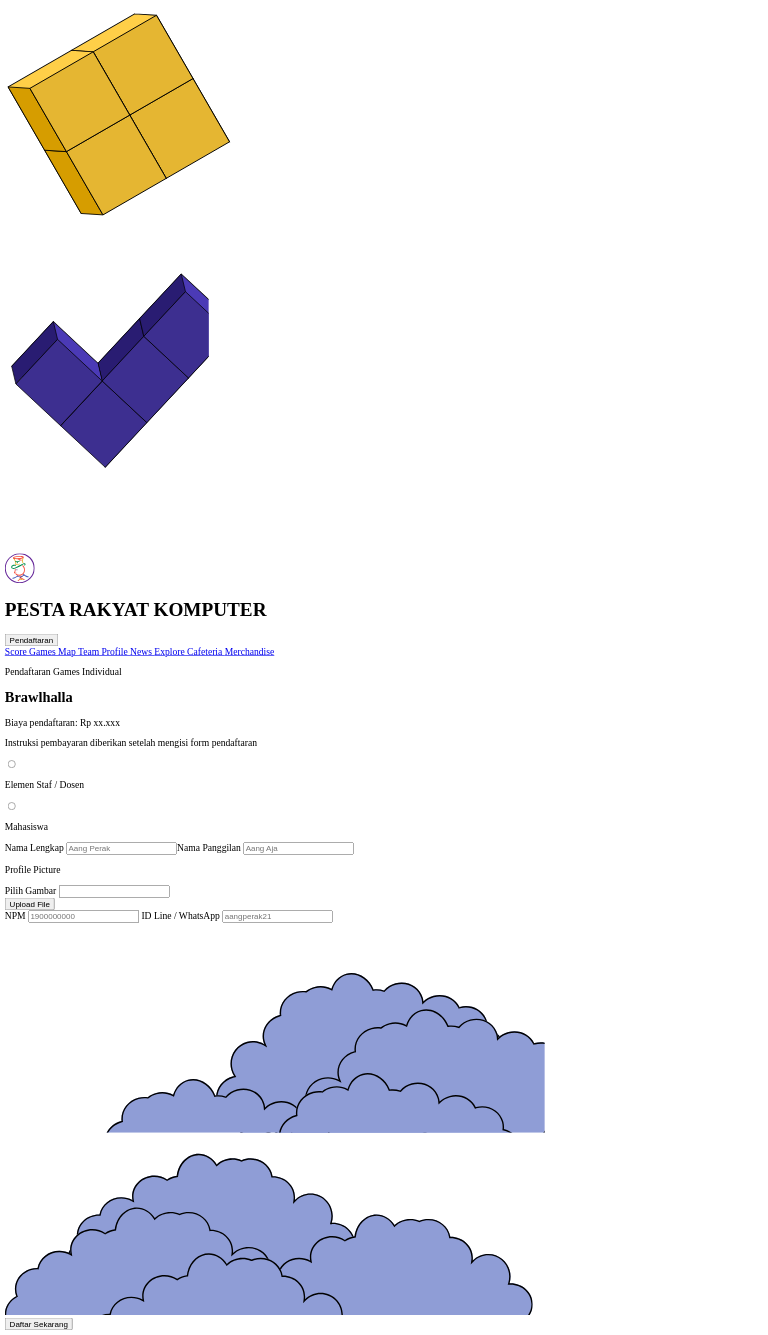
Repository: risalstrr/RegistPerak
Page: /
The author's editor kept a copy of each file at every save. The page is drawn from the files as they stood at one save, then again after the next save.
The browser window is 1280 px wide. The pictures show the whole page, at 60% of full size.
The project was rebuilt for these pictures with package versions that can differ from the ones it lists, and the page was loaded fresh each time. The framework's server and built-in components were replaced by stand-ins that run in the browser. Also part of the build but not shown: next.config.js.

Above is the page before, as saved 2022-01-03 15:26:06.

After the next save:
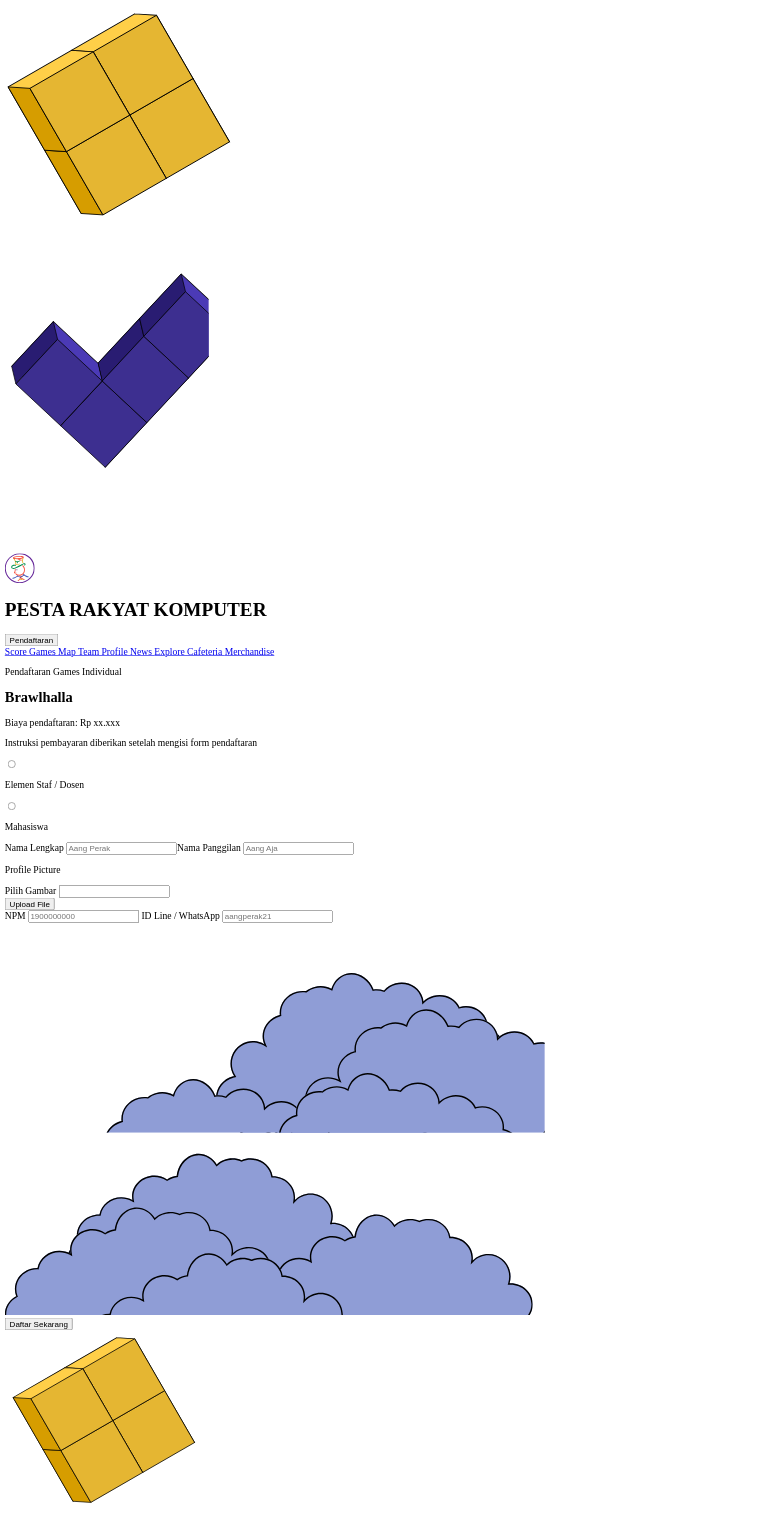
Saved 24 s later.
--- a/pages/index.js
+++ b/pages/index.js
@@ -233,16 +233,16 @@
         /div> <
         /div>
 
-        {
-            /* <div className='absolute top-40 right-80'>
-                    <Image
-                      src="/kuning.svg"
-                      width = {330}
-                      height = {300}
-                      alt = "kuning"
-                    />
-                  </div> */
-        } {
+        <
+        div className = 'absolute top-40 right-80' >
+        <
+        Image src = "/kuning.svg"
+        width = { 330 }
+        height = { 300 }
+        alt = "kuning" /
+        >
+        <
+        /div>  {
             /* <div className='lg:block lg:absolute top-10 right-0'>
                     <Image
                       src="/biru.svg"
